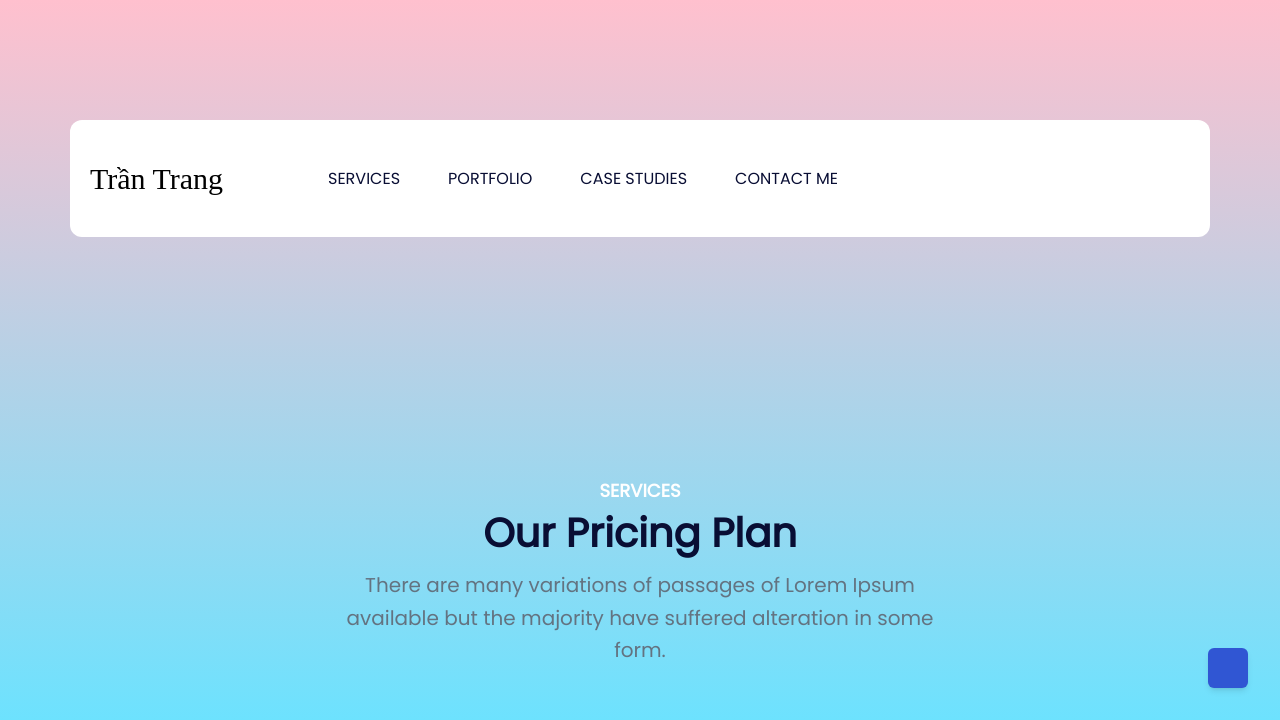
Repository: trantrang2101/CV
Page: index.html
The author's editor kept a copy of each file at every save. The page is drawn from the files as they stood at one save, then again after a run of saves.
The browser window is 1280 px wide. The pictures show the whole page.
An inner scrolling area shows only its first screen. Some web fonts or font styles are not loaded; a fallback is used.

Above is the page before, as saved 2022-07-13 19:14:31.
Console error: TypeError: Cannot read properties of null (reading 'offsetTop')

After the next 2 saves:
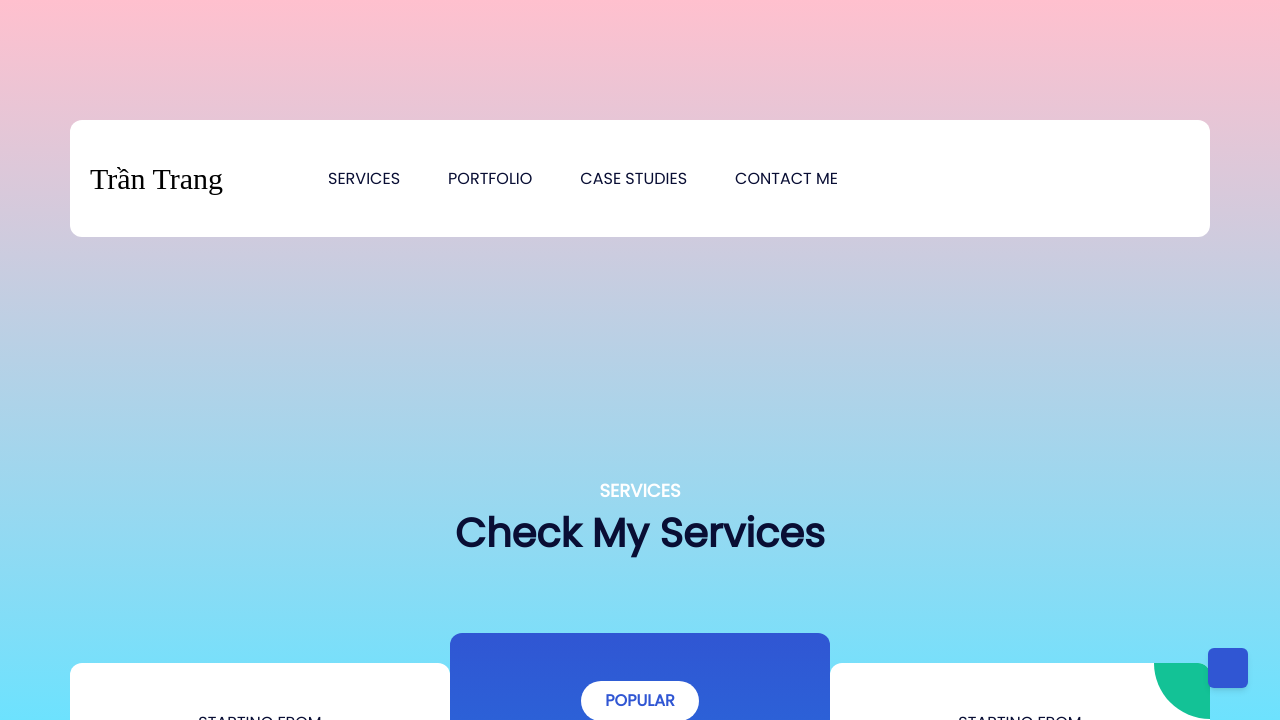
The 2 saves are shown as one change because they came seconds apart.
The last was saved 10 s later.
--- a/index.html
+++ b/index.html
@@ -82,12 +82,8 @@
                             SERVICES
                         </span>
                         <h2 class="font-bold text-3xl sm:text-4xl md:text-[40px] text-dark mb-4">
-                            Our Pricing Plan
-                        </h2>
-                        <p class="text-lg sm:text-xl leading-relaxed sm:leading-relaxed text-body-color">
-                            There are many variations of passages of Lorem Ipsum available
-                            but the majority have suffered alteration in some form.
-                        </p>
+                            Check My Services
+                        </h2>
                     </div>
                 </div>
             </div>
